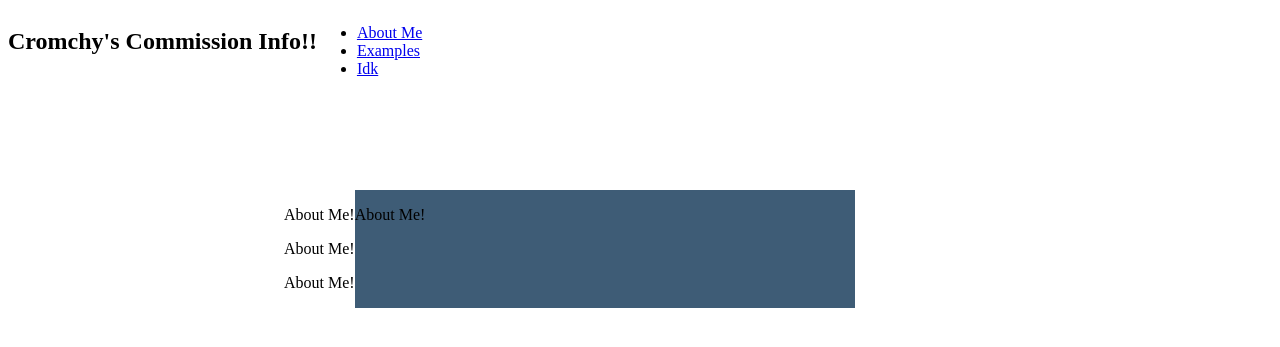
Repository: crackaLack1n/Cromchys_Commission_Site
Page: /
An editor plug-in stored every save of this project. The page is shown before and after the next save, followed by the edit.
The browser window is 1280 px wide. The pictures show the whole page.
The project was rebuilt for these pictures with package versions that can differ from the ones it lists, and the page was loaded fresh each time. The framework's server and built-in components were replaced by stand-ins that run in the browser. Also part of the build but not shown: next.config.mjs.

Above is the page before, as saved 2024-06-11 11:51:28.

### pages/index.js
import Head from "next/head";
import Header from "@/Components/Header";
import Image from "next/image";
import styles from "@/styles/Home.module.css";


export default function Home() {
  return (
    <>
      <Head>
        <title>Create Next App</title>
        <meta name="description" content="Generated by create next app" />
        <meta name="viewport" content="width=device-width, initial-scale=1" />
        <link rel="icon" href="/favicon.ico" />
      </Head>

      <Header/>
      <main className={`${styles.main}`}>
        <div className={styles.container}>
          <div className={styles.contentLeft}>
            <p>About Me!</p>
            <p>About Me!</p>
            <p>About Me!</p>
          </div>
          <div className={styles.contentRight}>
          <p>About Me!</p>
          </div>
        </div>
      </main>
    </>
  );
}

### Components/Header/index.js
import Link from "next/link"
import style from './header.module.css';
export default function Header() {
  return (
    <>
      <div className={style.main}>
        <h2>Cromchy's Commission Info!!</h2>
        <nav className={style.nav}>
          <ul>
            <li><Link href={`/`}>About Me</Link></li>
            <li><Link href={`/Examples`}>Examples</Link></li>
            <li><Link href={`/Idk`}>Idk</Link></li>
          </ul>
        </nav>
      </div>
    </>
  )
}

### styles/Home.module.css
.main {
  display: flex;
  flex-direction: column;
  justify-content: space-between;
  align-items: center;
  padding: 6rem;
  min-height: 20vh;
}

.container {
 display: grid;
 grid-template-columns:  1fr 500px 2fr;
}

.contentLeft {

}

.contentRight {
  background-color: #3E5C76;
  width: 100%;
}

/* Mobile */
@media (max-width: 700px) {
  .content {
    padding: 4rem;
  }

  .grid {
    grid-template-columns: 1fr;
    margin-bottom: 120px;
    max-width: 320px;
    text-align: center;
  }

}

/* Tablet and Smaller Desktop */
@media (min-width: 701px) and (max-width: 1120px) {
  .grid {
    grid-template-columns: repeat(2, 50%);
  }
}

### Components/Header/header.module.css
.main {
  display: flex;
}

.nav {
  display: flex;
  flex-direction: row;
}

Loaded but not shown: pages/_app.js (common file); pages/_document.js (common file); styles/globals.css (common file)

After the next save:
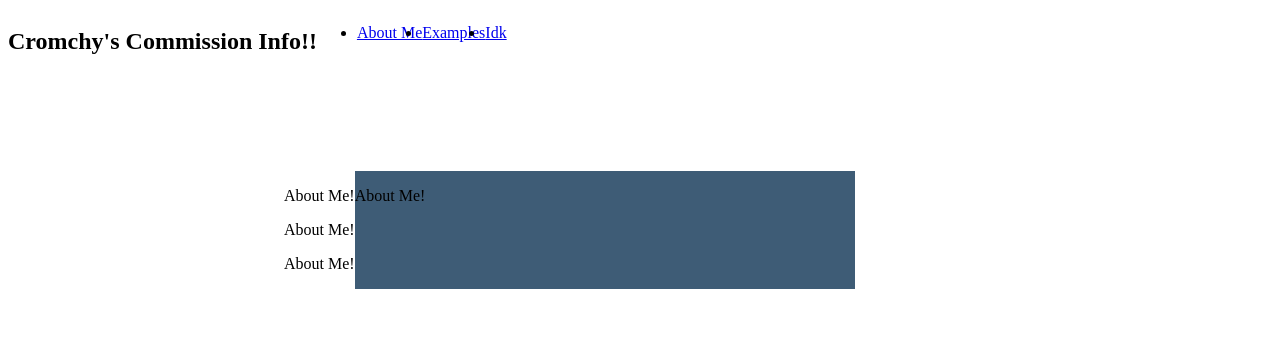
Saved 13 s later.
--- a/Components/Header/index.js
+++ b/Components/Header/index.js
@@ -5,8 +5,8 @@
     <>
       <div className={style.main}>
         <h2>Cromchy's Commission Info!!</h2>
-        <nav className={style.nav}>
-          <ul>
+        <nav>
+          <ul className={style.nav}>
             <li><Link href={`/`}>About Me</Link></li>
             <li><Link href={`/Examples`}>Examples</Link></li>
             <li><Link href={`/Idk`}>Idk</Link></li>

After the save that followed:
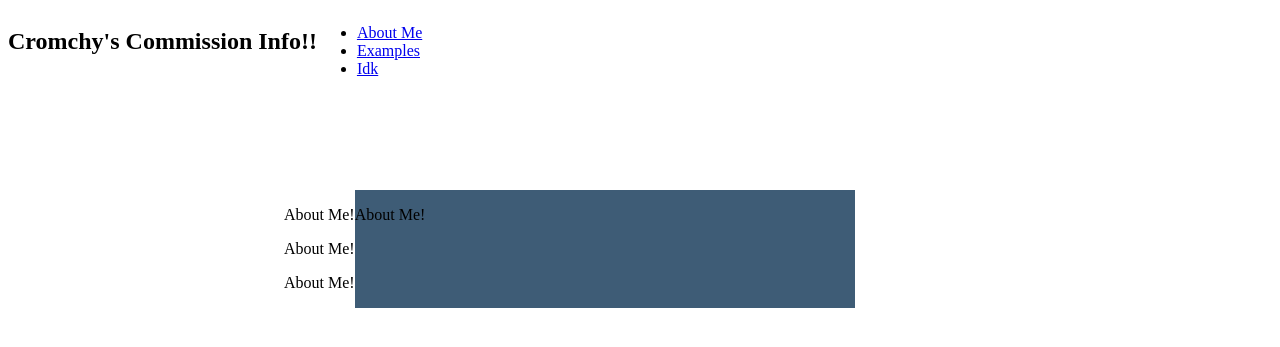
Saved 9 s later.
--- a/Components/Header/index.js
+++ b/Components/Header/index.js
@@ -6,7 +6,7 @@
       <div className={style.main}>
         <h2>Cromchy's Commission Info!!</h2>
         <nav>
-          <ul className={style.nav}>
+          <ul className={style.buttons}>
             <li><Link href={`/`}>About Me</Link></li>
             <li><Link href={`/Examples`}>Examples</Link></li>
             <li><Link href={`/Idk`}>Idk</Link></li>
